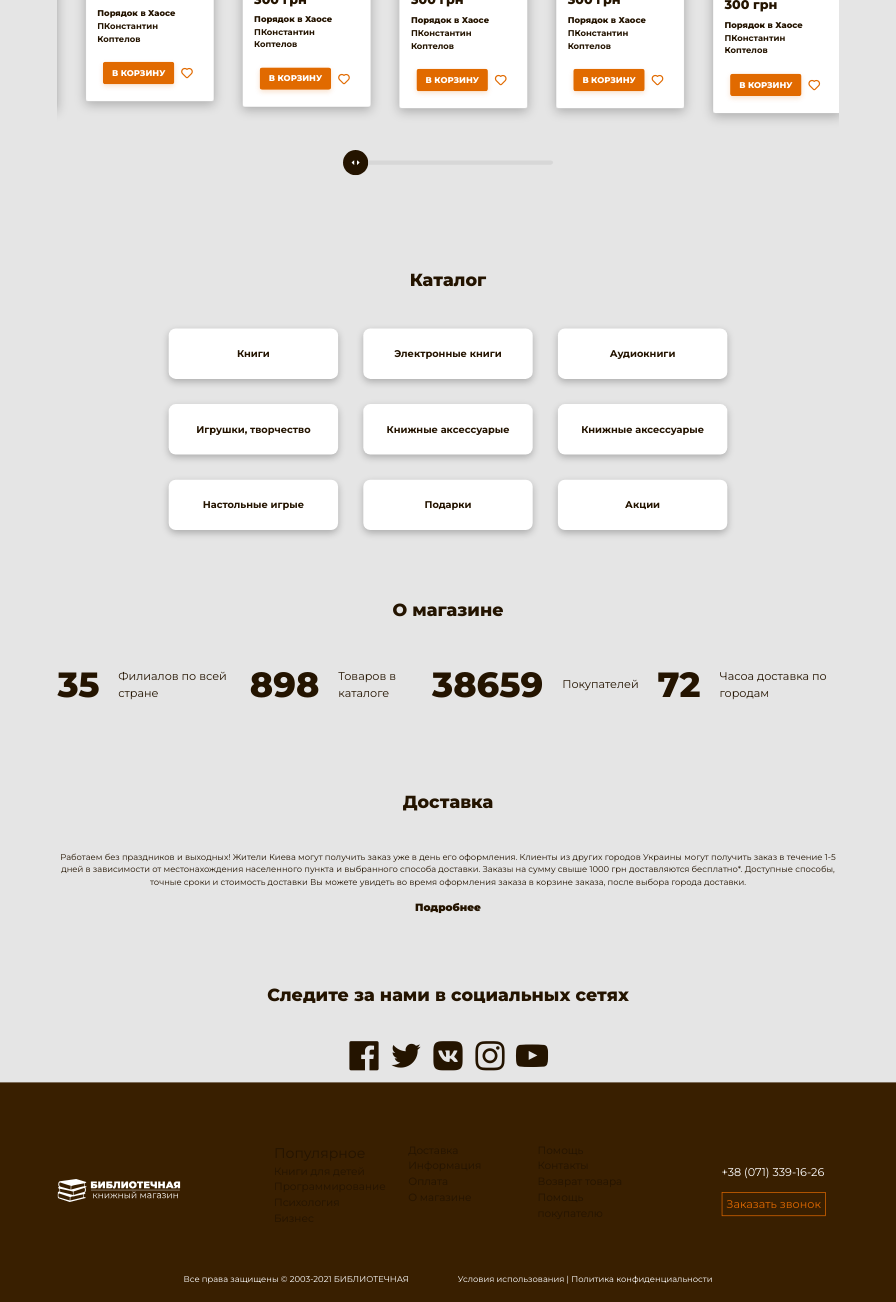
Repository: saidabbasun/Kutubxona
Page: /
These files come from the project's save history. The page is drawn as it stood at one moment and after a run of saves; the edit follows.
The browser window is 1280 px wide. The pictures show the part of the page from y = 1936 to 3856 px (the page is 3796 px tall before and 3856 px after), at 70% of full size.
The project was rebuilt for these pictures with package versions that can differ from the ones it lists, and the page was loaded fresh each time.

Above is the page before, as saved 2022-05-31 05:40:50.

### public/index.html
<!DOCTYPE html>
<html lang="en">
  <head>
    <meta charset="utf-8" />
    <link rel="icon" href="%PUBLIC_URL%/favicon.ico" />
    <meta name="viewport" content="width=device-width, initial-scale=1" />
    <meta name="theme-color" content="#000000" />

    <meta
      name="description"
      content="Web site created using create-react-app"
    />
    <link rel="stylesheet" href="https://unicons.iconscout.com/release/v4.0.0/css/line.css">

    <link href="https://cdn.jsdelivr.net/npm/bootstrap@5.0.2/dist/css/bootstrap.min.css" rel="stylesheet" integrity="sha384-EVSTQN3/azprG1Anm3QDgpJLIm9Nao0Yz1ztcQTwFspd3yD65VohhpuuCOmLASjC" crossorigin="anonymous">
    <title>React App</title>
  </head>
  <body>
    <noscript>You need to enable JavaScript to run this app.</noscript>
    <div id="root"></div>
    <script src="https://cdn.jsdelivr.net/npm/bootstrap@5.2.0-beta1/dist/js/bootstrap.bundle.min.js" ></script>

  </body>
</html>

### src/Components/Home/Home.jsx
import React from 'react'
import Header from './Header'
import Slider from '../../assets/img/Слайдер.png'
import '../../Style/Home/Home.scss';
const Home = () => {
  return (
    <div >
      <Header/>
      <div className=" container-xl  Aktsiya " id='Aktsiya'  >

      <div className="card">
  <div className="card-body ">
    <h1 className="card-title ">Киниги от  А до Я</h1>
    <p className="card-text">В нашем магазине можно найти книгу на любой вкус. Большой ассортимент. Приятные цены. Интересные сюжеты.</p>
    <a href="#" className="btn">Перейти в каталог</a>

</div>
</div>

        <div className=" HomeSlider">
          <img className='HomeSlider' src={Slider} alt="Slider" />
        </div>
      </div>


    </div>
  )
}

export default Home;

### src/Components/Home/Catagory.jsx
import "../../Style/Home/Catagory.scss";

import React from 'react'

import Carusel from "./Carusel";

const Catagory = () => {
  return (
    <div>
       <div className="mt-5 container-xl caruselContainer" >
          <nav class="navbar navbar-expand-xl navbar-light  d-flex align-items-center ">
            <a class="navbar-brand fw-bold">Горячие поступления </a>

            <ul class="navbar-nav mr-auto">
              <li class="nav-item active">
                <a class="nav-link" href="#">
                  Фантастика
                </a>
              </li>
              <li class="nav-item">
                <a class="nav-link" href="#">
                  Саморазвитие
                </a>
              </li>
              <li class="nav-item">
                <a class="nav-link" href="#">
                  Детективы
                </a>
              </li>
              <li class="nav-item active">
                <a class="nav-link" href="#">
                  Детские
                </a>
              </li>
              <li class="nav-item">
                <a class="nav-link" href="#">
                  Аудиокниги
                </a>
              </li>
              <li class="nav-item">
                <a class="nav-link" href="#">
                  Другие
                </a>
              </li>
            </ul>
          </nav>

          <Carusel/>

          </div>
    </div>
  )
}

export default Catagory

### src/Style/Globl/_globl.scss
@import './variable';
@import './font-face.scss';
@import './Media.scss';

*{
    box-sizing: border-box;
    margin: 0;
    padding: 0;
    color: $color_text  ;
    list-style: none;
}
body{
    font-family: Montserrat;
    background: $color_bg;
    color: $color_text;
}

textarea:hover,
input:hover,
textarea:active,
input:active,
textarea:focus,
input:focus,
button:focus,
button:active,
button:hover,
label:focus,
.btn.active
{

    outline:0px !important;
    -webkit-appearance:none;
    box-shadow: none !important;
}
.container{
    width: 80vw;
    margin: 0 auto;
}
button,
a,
i{
    cursor: pointer;
}

### src/Components/Aktsiya/Aktsiya.jsx
import React from 'react'
import '../../Style/Aktsiya/Aktsiya.scss'
import Carusel from '../Home/Carusel'
import '../../Style/Home/Catagory.scss'
const Aktsiya = () => {
  return (
    <div>
        <div className="container-xl caruselContainer pt-5 mt-5" >
         <div className="title">
             <p>Распродажа</p>
         </div>

         <Carusel/>
         </div>

    </div>
  )
}

export default Aktsiya

### src/Components/Ctalog/Catalog.jsx
import React from 'react'
  import '../../Style/Catalog/Catalog.scss';
const Catalog = () => {

 const  listItem=['Книги','Электронные книги','Аудиокниги','Игрушки, творчество','Книжные аксессуарые','Книжные аксессуарые','Настольные игрые','Подарки','Акции']
  return (
    <div className=' container-xl  mt-5' id='Katalog'>
        <div className="title   pt-5">
            <p>Каталог</p>
        </div>
        <div className="CatalogWrapper" >
          {listItem.map((text,ind)=>(

     <a key={ind}   className='Button ' href="#"> <span className='btnText'>{text} </span></a>



          ))}
          </div>
        </div>

  )
}

export default Catalog

### src/Components/About/About.jsx
import React from 'react'
import '../../Style/About/Abot.scss'
const About = () => {
const listItem=[
    {id:1, Namber:35,Text:'  Филиалов по всей стране'},
    {id:2, Namber:  898,Text:'   Товаров в каталоге'},
    {id:3, Namber:  38659,Text:' Покупателей'},
    {id:4, Namber:72,Text:'   Часоа доставка по городам'},
]
  return (

           <div className="container-xl pt-5 mt-5" id='About'>
               <div className="title">
             <p>О магазине</p>
         </div>
         <div className="Wrapperr">


               {listItem.map((data,id)=>(
         <div key={id} className='Wrapperr' >
         <p className="Namber">
             {data.Namber}
         </p>
         <p className="Text">
         {data.Text}
         </p>
         </div>
               ))}
           </div>



    </div>
  )
}

export default About

### src/Components/Dastafka/Dastafka.jsx
import React from 'react'
import '../../Style/Dastafka/Dastafka.scss'
const Dastafka = () => {
  return (
    <div className="container-xl pt-5 mt-5" id='About'>
    <div className="title">
        <p>Доставка</p>
    </div>
    <div className="d_Text">
        <p>Работаем без праздников и выходных! Жители Киева могут получить заказ уже в день его оформления. Клиенты из других городов Украины могут получить заказ в течение 1-5 дней в зависимости от местонахождения населенного пункта и выбранного способа доставки. Заказы на сумму свыше 1000 грн доставляются бесплатно*. Доступные способы, точные сроки и стоимость доставки Вы можете увидеть во время оформления заказа в корзине заказа, после выбора города доставки.


</p>
<a href="#" className='d_link'>Подробнее</a>
    </div>
    </div>
  )
}

export default Dastafka

### src/Components/Blog/Blog.jsx
import '../../Style/Blog/Blog.scss';
import React from 'react'

const Blog = () => {
  return (

         <div className="container-xl pt-5 mt-5" id='About'>
    <div className="title">
        <p>Следите за нами в социальных сетях</p>
    </div>

    <div className="Blog">
        <a href="#"><i class="uil uil-facebook blogIcon "></i></a>
        <a href="#"><i class="uil uil-twitter blogIcon"></i></a>
        <a href="#"><i class="uil uil-vk blogIcon"></i></a>
        <a href="#"><i class="uil uil-instagram blogIcon"></i></a>
        <a href="#"><i class="uil uil-youtube blogIcon"></i></a>
    </div>
 </div>
  )
}

export default Blog

### src/Components/Footer/Footer.jsx
import '../../Style/Footer/Footer.scss';
import React from 'react'
import Logo from '../../assets/icon/FooterLogo.svg'

const Footer = () => {
  return (
    <div className='Footer'>
        <div className="GridItem  container-xl">

       <div>
       <img src={Logo} alt="" />
       </div>


        <div className="menu ">
      <p className="item ">
        <a className="link" href="#">Акции </a>
      </p>
      <p className="item">
        <a className="link" href="#">Каталлог</a>
      </p>
      <p className="item ">
        <a className="link" href="#">Доставка </a>
      </p>
      <p className="item">
        <a className="link" href="#">О магазине</a>
      </p>

      <p className="item">
        <a className="link " href="#">Блог</a>
      </p>

        </div>
      <div className="List">
        <ul>
           <a className="link " href="#"> <li>Популярное</li></a>
             <a className="link " href="#"></a><li>Книги для детей</li>
             <a className="link " href="#"></a><li> Программирование</li>
             <a className="link " href="#"></a><li> Психология</li>
             <a className="link " href="#"></a><li> Бизнес</li>
        </ul>
        <ul>
             <a className="link " href="#"></a><li>  Доставка  </li>
             <a className="link " href="#"></a><li>Информация</li>
             <a className="link " href="#"></a><li> Оплата</li>
             <a className="link " href="#"></a><li>  O магазине</li>

        </ul>
        <ul>
             <a className="link " href="#"></a><li>Помощь</li>
             <a className="link " href="#"></a><li>  Контакты</li>
             <a className="link " href="#"></a><li> Возврат товара</li>
             <a className="link " href="#"></a><li> Помощь покупателю</li>

        </ul>
        </div>
        <div className="Tel">
            <p className="TelNumber">
            +38 (071) 339-16-26
            </p>
            <a href="#"><button className='tel_Btn   '>Заказать звонок</button></a>
        </div>
        </div>
        <div className="footerBootomText">
            <p className='Text'>Все права защищены © 2003-2021 БИБЛИОТЕЧНАЯ </p>
            <p className='Text'> Условия использования | Политика конфиденциальности</p>
        </div>
    </div>
  )
}

export default Footer

### src/Components/Home/Header.jsx

import React, { useEffect, useState }  from 'react'
import Logo  from '../../assets/icon/Logo.svg'
import Menu from '../../assets/icon/Menu.svg'
import '../../Style/Home/Header.scss'
const Header = () => {
  const [small, setSmall] = useState(false);

  useEffect(() => {
    if (typeof window !== "undefined") {
      window.addEventListener("scroll", () =>
        setSmall(window.pageYOffset >=100)
      );
    }
  }, []);
  return (
    <div className={`header ${
      small ? "HeaderBg" : ""
    }`}>
    <nav className="navbar container-xl justify-content-around navbar-expand-lg navbar-light ">
  <a className="navbar-brand" href="#">
    <img src={Logo} alt="logo" />
  </a>



    <ul className="navbar-nav ">
      <li className="nav-item active">
        <a className="nav-link" href="#">Акции </a>
      </li>
      <li className="nav-item">
        <a className="nav-link" href="#">Каталлог</a>
      </li>
      <li className="nav-item ">
        <a className="nav-link" href="#">Доставка </a>
      </li>
      <li className="nav-item">
        <a className="nav-link" href="#">О магазине</a>
      </li>

      <li className="nav-item">
        <a className="nav-link " href="#">Блог</a>
      </li>
    </ul>

  <form className="  searchForm">
  <i className="uil uil-search"></i>
      <input className="form-control" type="search" placeholder=" Поиск" aria-label="search"/>

    </form>
    <div className='heartCart d-flex  '>
    <i className="uil uil-heart"></i>
    <div className="cart d-flex align-items-center">
    <i className="uil uil-shopping-cart"></i>
    <div className="dropdown">
  <button  className="Btn  dropdown-toggle" type='button'  id="dropdownMenuButton" data-bs-toggle="dropdown" aria-haspopup="true" aria-expanded="false">
  2 228 грн.  </button>
  <ul className="dropdown-menu" aria-labelledby="dropdownMenuButton">
    <li><a className="dropdown-item" href="#">2 228 грн.</a></li>
    <li><a className="dropdown-item" href="#">3 228 грн.</a></li>
    <li><a className="dropdown-item" href="#"> 228 грн.</a></li>
  </ul>
</div>
</div>

        </div>
        <img className='menu  d-xxl-none ' src={Menu} alt="Menu" />
</nav>
</div>

  )
}

export default Header

### src/Style/Home/Home.scss
@import '../Globl/variable';
.Aktsiya{

   display: flex;
 align-items: center;
   row-gap: 200px;
   padding-top: 161px;
   padding-bottom:80px ;

.card{
    background-color: transparent;

    border: none;

}
.card-title{
    font-family: MontserratBolt;
    font-weight: 900;
font-size: 36px;
font-style: normal;
}

}
.HomeSlider{
    max-width: 600px;
}

### src/Style/Home/Catagory.scss
@import '../Globl/variable';

    .cardWrapper{
     padding: 50px   0 ;

    }

    .Catagorycard{

          margin: 20px 0px 20px 40px;
    max-width: 184px;
    box-shadow: 0px 4px 15px rgba(0, 0, 0, 0.25);
}
.card-title{
    font-family: MontserratBolt;
    font-weight: 700;
font-size: 18px;
}
.card-text{
    font-weight: 700;
font-size: 12px;
}
.bookName{
    font-family: MontserratBolt;
    font-style: normal;
font-weight: 700;
font-size: 12px;
}
.btn{
    font-family: MontserratBolt;
    background-color:$color_HeartCart ;
    box-shadow: 0px 3px 8px rgba(225, 106, 0, 0.19);
    color: $color_white;
    font-weight: 900;
font-size: 12px;
text-transform: uppercase;
}
i{
    font-size: 20px;
    color: $color_HeartCart;
}

.scrollInput{
  margin-top: 47px;
  width: 100%;
  display: flex;
  justify-content: center;
}


input[type="range"] {
  -moz-appearance: none;
  -webkit-appearance: none;
  background: #D7D7D7;
  border-radius: 3px;
  height: 6px;
  width: 300px;
  cursor: pointer;
}
  input[type="range"]::-webkit-slider-thumb {
    appearance: none;
    -webkit-appearance: none;
    background-color:$color_text;
    background-image: url("data:[embedded picture, 262 characters]");
    background-position: center;
    background-repeat: no-repeat;
    border: 0;
    border-radius: 50%;
    cursor: pointer;
    height: 36px;
    width: 36px;
  }


  input[type="range"]::-moz-focus-outer {
    border: 0;
  }

### src/Style/Globl/_variable.scss
// colorcolor_HeartCart
$color_white:#FFFFFF;
$color_bg:#E5E5E5;
$color_border: rgba(105, 103, 100, 0.59);
$color_HeartCart:#E16A00;
$color_text:#241400;
$color_footer:#391F00;

### src/Style/Globl/font-face.scss


@font-face {
    font-family:MontserratBolt ;

    src:  url('../../assets/fontFamily/Montserrat/static/Montserrat-ExtraBold.ttf');
  }
  @font-face {
    font-family:Montserrat ;

    src:  url('../../assets/fontFamily/Montserrat/Montserrat-VariableFont_wght.ttf');
  }

### src/Style/Globl/Media.scss
@import './variable';


// Tablet media query

@media (max-width: 992px) {


    .navbar-nav {
    display: none;

    }
    .Aktsiya{
        flex-direction: column;
        text-align: center;

            gap: 50px;
    }

    .caruselContainer{
        width: 88vw;
    }

    .Catagorycard{
        margin: 20px 0px 20px 15px;
    }



   }

### src/Style/Aktsiya/Aktsiya.scss
.title{
    font-weight: 900;
font-size: 25px;
font-family: MontserratBolt;
text-align: center;
margin-bottom: 50px;
}

### src/Style/Catalog/Catalog.scss
@import '../Globl/variable';

.CatalogWrapper{
    max-width: 798px;
    margin: 0 auto;
    display:grid;
    grid-template-columns:repeat(3,1fr);
    gap: 36px;
}
.Button{
    background:$color_white;
box-shadow: 0px 4px 11px rgba(0, 0, 0, 0.25);
border-radius: 10px;
border: none;
padding: 24px 0;
text-align: center;
text-decoration: none;
}
.btnText{

 color: $color_text;
    font-weight: 700;
    font-size: 14px;
}

### src/Style/About/Abot.scss
@import '../Globl/variable';

.Wrapperr{
    display: flex;
    align-items: center;
    column-gap: 27px;
    justify-content: center;
}
.Namber{
    font-style: normal;
font-weight: 900;
font-size: 50px;
font-family: MontserratBolt;
}
@media (max-width: 992px) {
    .Wrapperr{
        display: grid;
        grid-template-columns: auto auto;
    }
}

### src/Style/Dastafka/Dastafka.scss
@import '../Globl/variable';
.d_Text{
    font-style: normal;
font-weight: 400;
font-size: 12px;
display: flex;
flex-direction: column;
align-items: center;
text-align: center;

}
.d_link{
    text-decoration: none;
    color: $color_text;
    font-size: 15px;
    font-weight: 900;
    &:hover{
        color: #000;
    }
}

### src/Style/Blog/Blog.scss
@import '../Globl/variable';
.blogIcon{

    color: $color_text;
    font-size: 50px;
    padding: 5px;

}
.Blog{
    margin-top: -20px;
    text-align: center;
}

### src/Style/Footer/Footer.scss
@import '../Globl/variable';
.Footer{
    padding: 36px 0 8px;
    background-color: $color_footer;

}


   .menu{
    display: none;


   }

   .link{
    text-decoration: none;
    font-size: 10px;
    font-weight: 400;
    color:$color_white
}



.GridItem{
    display: grid;
 grid-template-columns: 15% 1fr 15%;

    align-items: center;

}
.List{
    font-style: normal;
font-weight: 400;
font-size: 15px;
    display: grid;
grid-template-columns: repeat(3,1fr);
padding: 50px 110px;

}

.Tel{
    display:grid ;
    grid-column: 10px;

}
.TelNumber{
    color: $color_white;
}
.tel_Btn{
    background-color: transparent;
    border: 1px solid $color_HeartCart;
    color: $color_HeartCart;
    padding: 4px 6px;
}

li:nth-child(1) {
        font-size: 20px;
}
.footerBootomText{
    display: flex;
    align-self: center;
    justify-content: center;
    gap:70px;

    .Text{
        font-weight: 400;
        font-size: 12px;
        color: $color_white;
    }
}

@media (max-width: 992px) {
    .menu{
   display: flex;
   align-items: center;
   gap: 20px;

    }


.GridItem {
      grid-template-columns:auto auto auto;
      grid-auto-flow: dense;

    }
    .List {
        grid-column: 1 / 4;
      }

}

### src/Style/Home/Header.scss
@import '../Globl/variable';

.header{
    position: fixed;
    left: 0;
    right: 0;
    top: 0;
    z-index: 999;
}

.nav-link{
 color: $color_text;
font-weight: 600;
font-size: 13px;
}
.nav-link:hover{
    color: #000;
}

.searchForm{
    max-width: 200px;
    display: flex;
    align-items: center;
    border-bottom: 1px solid  $color_border;
    input{
        border: none;
        background: transparent;
        font-size: 12px;
    }

    input:focus{
        box-shadow: none;
        background: transparent;
    }
}
.heartCart{
gap: 10px;
i{

    color: $color_HeartCart;
    font-size: 40px;

}
}
.dropdown {

    button{
border: none;
outline: none;
background-color: transparent;
        font-size: 14px;
            }
}
.dropdown-menu{
    font-weight: 400;
    font-size: 14px;
    background-color: $color_bg;
}
.HeaderBg{
    background-color: $color_white;
    box-shadow: 0px 15px 10px -15px #000;
  }

Loaded but not shown: src/index.js (common file); src/App.js (25 lines, source omitted); src/Components/Home/Carusel.jsx (111 lines, source omitted)

After the next 4 saves:
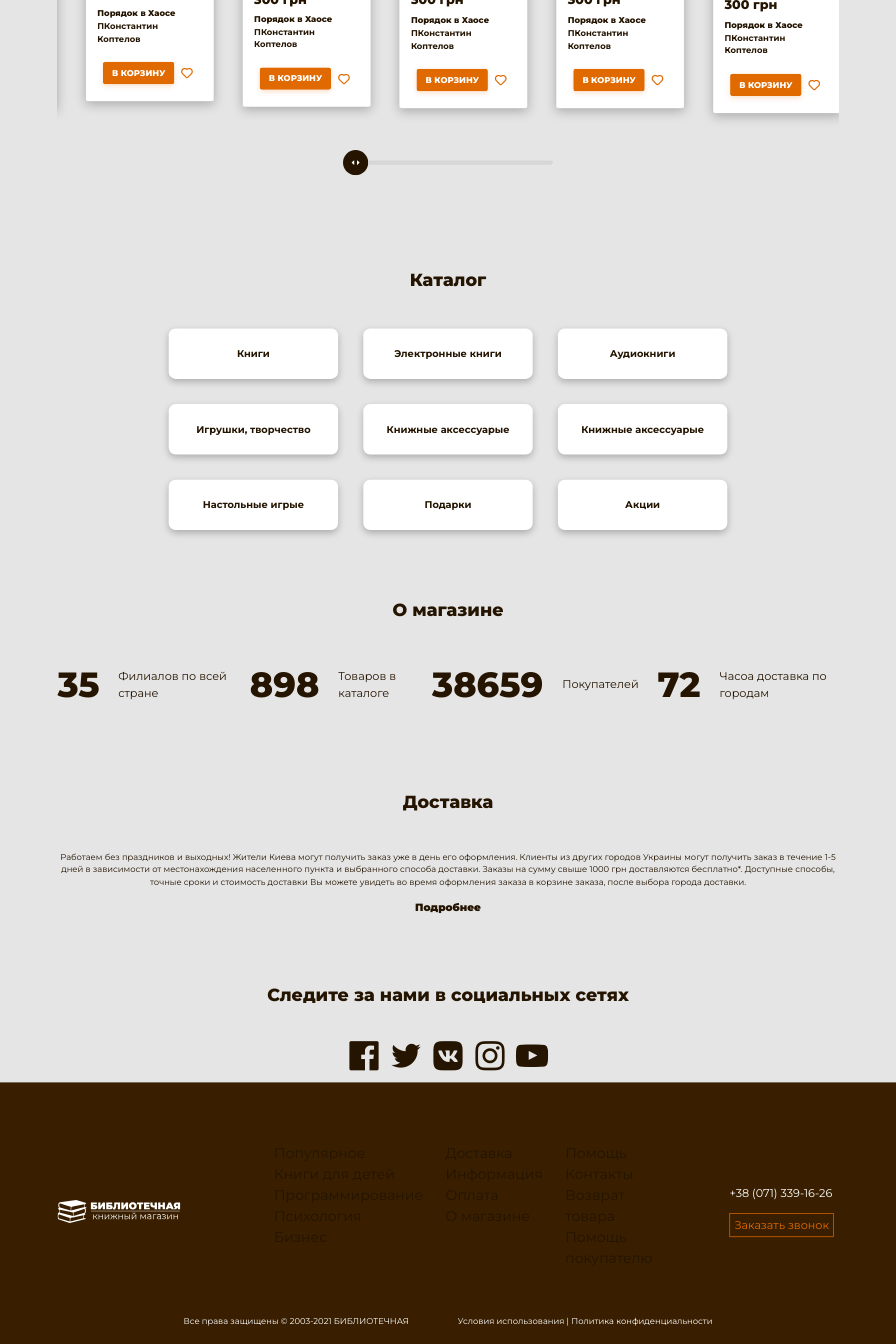
The 4 saves are shown as one change because 1 did not build or start and some came seconds apart.
The last was saved 35 s later.
--- a/src/Components/Footer/Footer.jsx
+++ b/src/Components/Footer/Footer.jsx
@@ -34,23 +34,23 @@
       <div className="List">
         <ul>
            <a className="link " href="#"> <li>Популярное</li></a>
-             <a className="link " href="#"></a><li>Книги для детей</li>
-             <a className="link " href="#"></a><li> Программирование</li>
-             <a className="link " href="#"></a><li> Психология</li>
-             <a className="link " href="#"></a><li> Бизнес</li>
+             <a className="link " href="#"><li>Книги для детей</li></a>
+             <a className="link " href="#"><li> Программирование</li></a>
+             <a className="link " href="#"><li> Психология</li></a>
+             <a className="link " href="#"><li> Бизнес</li></a>
         </ul>
         <ul>
-             <a className="link " href="#"></a><li>  Доставка  </li>
-             <a className="link " href="#"></a><li>Информация</li>
-             <a className="link " href="#"></a><li> Оплата</li>
-             <a className="link " href="#"></a><li>  O магазине</li>
+             <a className="link " href="#"><li>  Доставка  </li></a>
+             <a className="link " href="#"><li>Информация</li></a>
+             <a className="link " href="#"><li> Оплата</li></a>
+             <a className="link " href="#"><li>  O магазине</li></a>
 
         </ul>
         <ul>
-             <a className="link " href="#"></a><li>Помощь</li>
-             <a className="link " href="#"></a><li>  Контакты</li>
-             <a className="link " href="#"></a><li> Возврат товара</li>
-             <a className="link " href="#"></a><li> Помощь покупателю</li>
+             <a className="link " href="#"><li>Помощь</li></a>
+             <a className="link " href="#"><li>  Контакты</li></a>
+             <a className="link " href="#"><li> Возврат товара</li></a>
+             <a className="link " href="#"><li> Помощь покупателю</li></a>
 
         </ul>
         </div>
